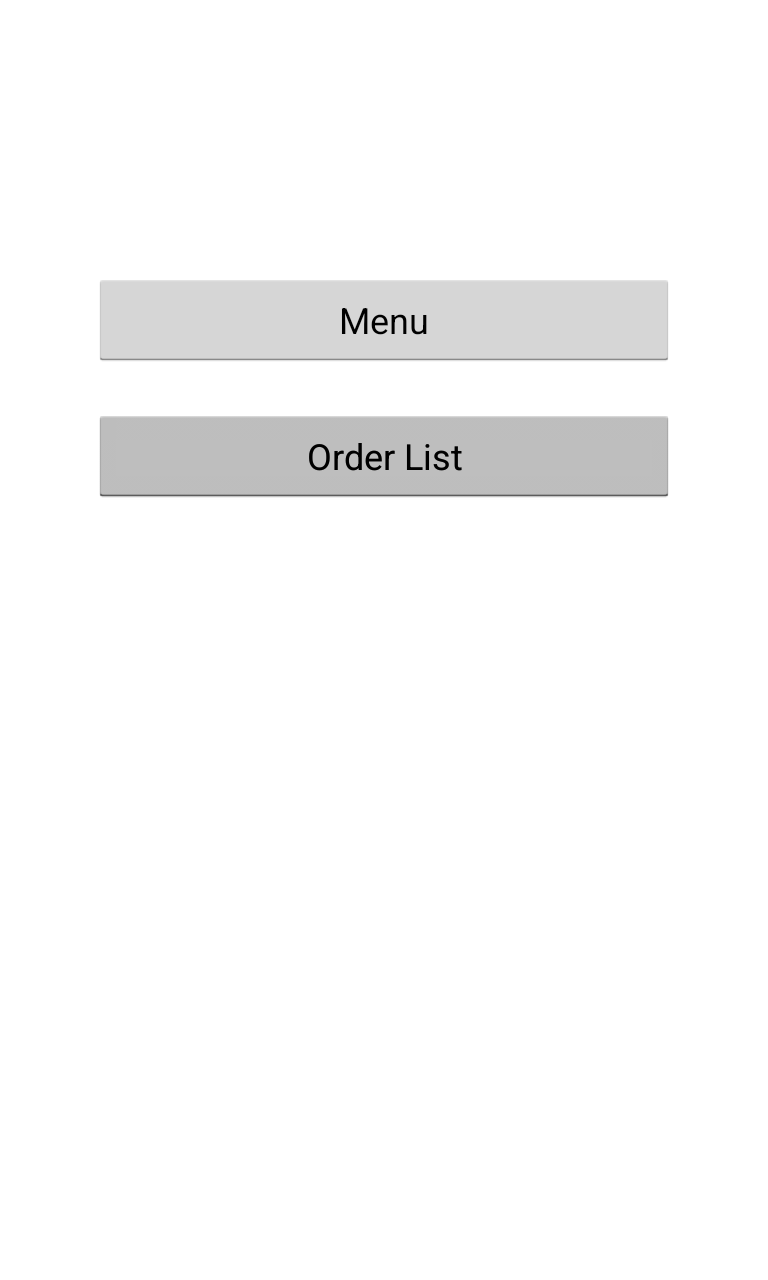
Repository: erenerdogan/ERMS
Layout: ERMSMobile/ERMS/res/layout/activity_main.xml
These files come from the project's save history. The layout is drawn as it stood at one moment and after the next save; the edit follows.
It is drawn on a 768 x 1280 px phone screen (xhdpi) without system bars, with theme AppTheme; the app's code is not run.

Above is the layout before, as saved 2013-12-21 19:05:04.

### ERMSMobile/ERMS/res/layout/activity_main.xml
<RelativeLayout xmlns:android="http://schemas.android.com/apk/res/android"
    xmlns:tools="http://schemas.android.com/tools"
    android:layout_width="match_parent"
    android:layout_height="match_parent"
    android:paddingBottom="@dimen/activity_vertical_margin"
    android:paddingLeft="@dimen/activity_horizontal_margin"
    android:paddingRight="@dimen/activity_horizontal_margin"
    android:paddingTop="@dimen/activity_vertical_margin"
    tools:context=".MainActivity" >

    <Button
        android:id="@+id/menubtn"
        android:layout_width="fill_parent"
        android:layout_height="wrap_content"
        android:layout_alignParentLeft="true"
        android:layout_alignParentTop="true"
        android:layout_marginLeft="30dp"
        android:layout_marginRight="30dp"
        android:layout_marginTop="120dp"
        android:text="Menu" />

    <Button
        android:id="@+id/orderbtn"
        android:layout_width="fill_parent"
        android:layout_height="wrap_content"
        android:layout_below="@+id/menubtn"
        android:layout_marginTop="20dp"
        android:layout_marginLeft="30dp"
        android:layout_marginRight="30dp"
        android:text="Order List" />

     <Button
        android:id="@+id/trybtn"
        android:layout_width="fill_parent"
        android:layout_height="wrap_content"
        android:layout_below="@+id/menubtn"
        android:layout_marginTop="20dp"
        android:layout_marginLeft="30dp"
        android:layout_marginRight="30dp"
        android:text="Order List" />

</RelativeLayout>

Loaded but not shown: ERMSMobile/ERMS/res/values/styles.xml (common file); ERMSMobile/ERMS/res/values-v11/styles.xml (common file); ERMSMobile/ERMS/res/values-v14/styles.xml (common file); ERMSMobile/ERMS/res/values/dimens.xml (common file)

After the next save:
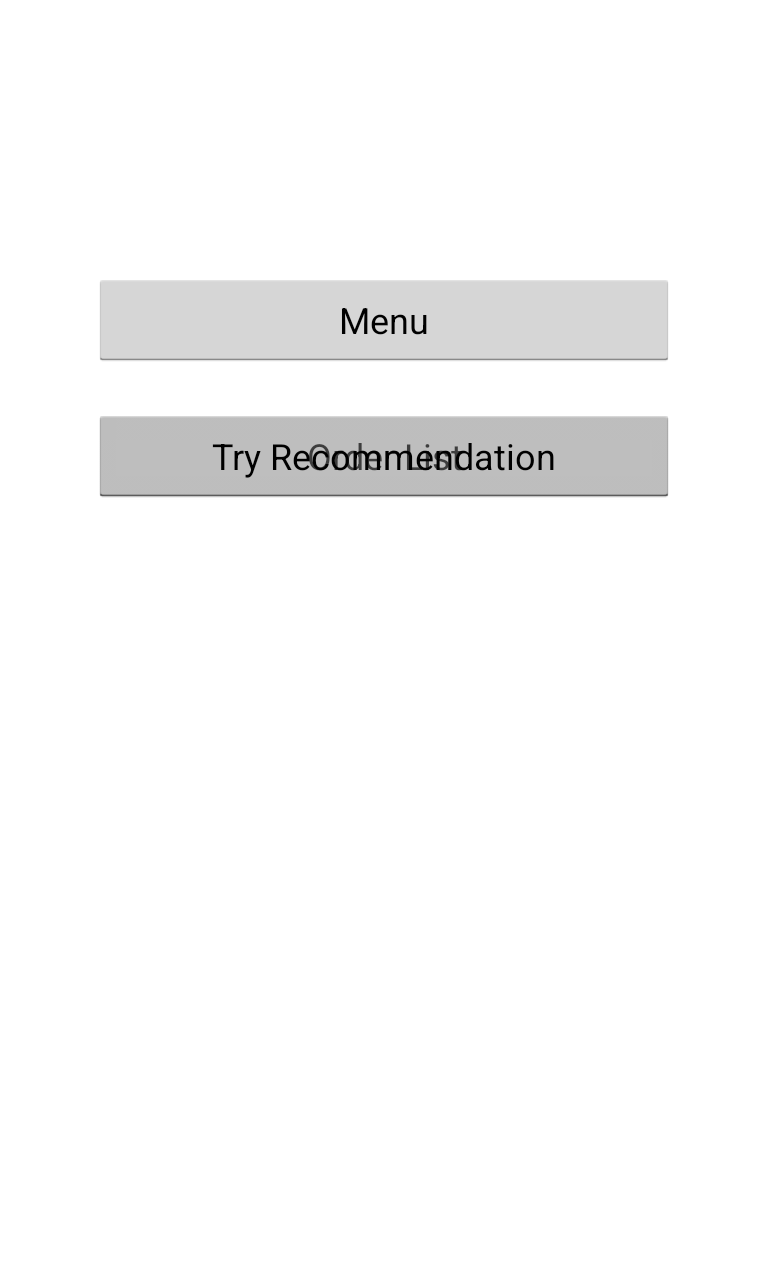
Saved 12 s later.
--- a/ERMSMobile/ERMS/res/layout/activity_main.xml
+++ b/ERMSMobile/ERMS/res/layout/activity_main.xml
@@ -37,6 +37,6 @@
         android:layout_marginTop="20dp"
         android:layout_marginLeft="30dp"
         android:layout_marginRight="30dp"
-        android:text="Order List" />
+        android:text="Try Recommendation" />
 
 </RelativeLayout>
